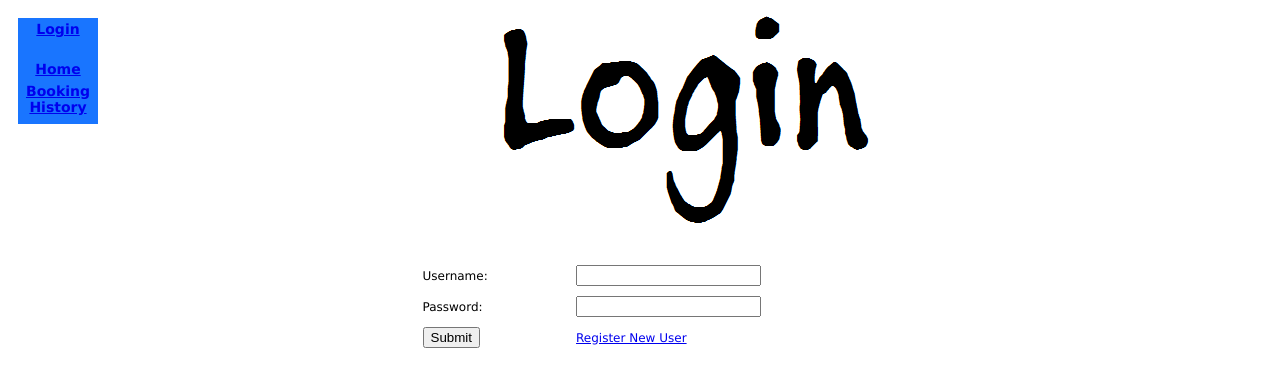
Repository: jliu9000/CSE-464---Flight-Pages
Page: http://localhost/HW1/Login.jsp
The author's editor kept a copy of each file at every save. The page is drawn from the files as they stood at one save, then again after the next save.
The browser window is 1280 px wide. The pictures show the whole page.
Some web libraries are served in a nearby version. The page is served by Tomcat 9. Other server files are loaded and not shown.

Above is the page before, as saved 2014-09-25 02:19:21.

### HW1/WebContent/Login.jsp
<%@ page language="java" contentType="text/html; charset=ISO-8859-1"
    pageEncoding="ISO-8859-1"%>
<!DOCTYPE html PUBLIC "-//W3C//DTD HTML 4.01 Transitional//EN" "http://www.w3.org/TR/html4/loose.dtd">
<html>
<head>
<script src="http://ajax.googleapis.com/ajax/libs/jquery/1.11.1/jquery.min.js"></script>
<link rel="stylesheet" type="text/css" href="./CSS/Styles.css">
<title>Internet Systems Homework1</title>
</head>
<body>

	<div id='sidebar' class='sidebar'>
	    <script>
            $("#sidebar").load("sidebar.html");
        </script>
	</div>

 	<form action="Login">
		<table class="center">
			<tr>
				<td colspan="2">
					<img src="./Images/Login.png" alt="Login Page">
				</td>
			</tr>
			<tr>
				<td align="right" >Username:</td>
				<td><input type="text" id="inputUserName" name="Username"></td>
			</tr>
			<tr>
				<td align="right">Password:</td>
				<td><input type="password" id="inputPassword" name="Password"></td>
			</tr>
			<tr>
				<td align="right"><input type="submit" name="btnSubmitButton" value="Submit"/></td>
				<td align="left"><a href="./Registration.jsp">Register New User</a>
			</tr>

		</table>
	</form>
</body>



</html>

### HW1/WebContent/CSS/Styles.css
@CHARSET "ISO-8859-1";


table.center{
	margin-left:auto;
    margin-right:auto;
}
.TableHeader{
	font-weight:bold;
	color: Green;
	font-size:16pt;
}
.GlobalHeader{
	color:White;
	vertical-align: bottom;
	background-color:blue;
	height:50px;
	width:850px;
	margin-left: auto;
    margin-right: auto;
}
.HeaderDiv{
	height:100%;
}

### HW1/WebContent/sidebar.html
<!DOCTYPE html PUBLIC "-//W3C//DTD HTML 4.01 Transitional//EN" "http://www.w3.org/TR/html4/loose.dtd">
<html>
<head>
<meta http-equiv="Content-Type" content="text/html; charset=ISO-8859-1">
<link rel="stylesheet" type="text/css" href="CSS/FlightStyles.css">



</head>
<body>



		<ul class="sidebar">
			<li><a href="Login.jsp">Login</a></li>
			<li> </li>
			<li> </li>
			<li> </li>
			<li><a href="FlightSearch.jsp">Home</a></li>
			<li><a href="BookingHistory.jsp">Booking History</a></li>
			<li></li>
		</ul>


</body>
</html>

### HW1/WebContent/CSS/FlightStyles.css
@CHARSET "ISO-8859-1";

body {
	font-family: "Verdana";
	font-size:12px;

}

div.sidebar {
	color:white;
	border-style:none;
	float:left;
	text-align:center;
	width: 110px;
}
div.main {
	float: left;
}

ul {
	font-size:14px;
	list-style-type: none;
	margin: 5px;
    padding: 5px;
	width: 80px;
	height: 25px;
	float: center;
	text-align: center;
}

a.sidebar {
	font-weight:bold;
	color:white;
	display: block;
}

a:visited {
	font-weight:bold;
    color:white;
}


a:hover {
	font-weight:bold;
    color:red;
}

li {
	background-color:#1975FF;
	font-weight:bold;
	padding:3px;
}

p {
    font-size: 12px;

}

p.PageTitle {
    font-size: 20px;
    color: #1975FF;
    font-weight: bold;
}

p.subheading {

	font-size: 16px;
	color: #5858DA;
}

p.message {
	color: red;
	text-align: center;
}

table {


}

th {
    background-color: #1975FF;
    color: white;
    padding: 4px;
    padding-left: 8px;
	padding-right: 8px;

}

tr {
}

tr.repeatalt {

	padding: 2px;
	padding-left: 5px;
	padding-right: 5px;
	background-color: #E6E6E6;

}

tr.repeat {
	padding: 2px;
	padding-left: 5px;
	padding-right: 5px;

}

td.button{
	text-align: center;
}

td{
	text-align: left;
	padding: 4px;

}

td.key{
	font-weight: bold;
}




#login {
    font-size:12px;
}

After the next save:
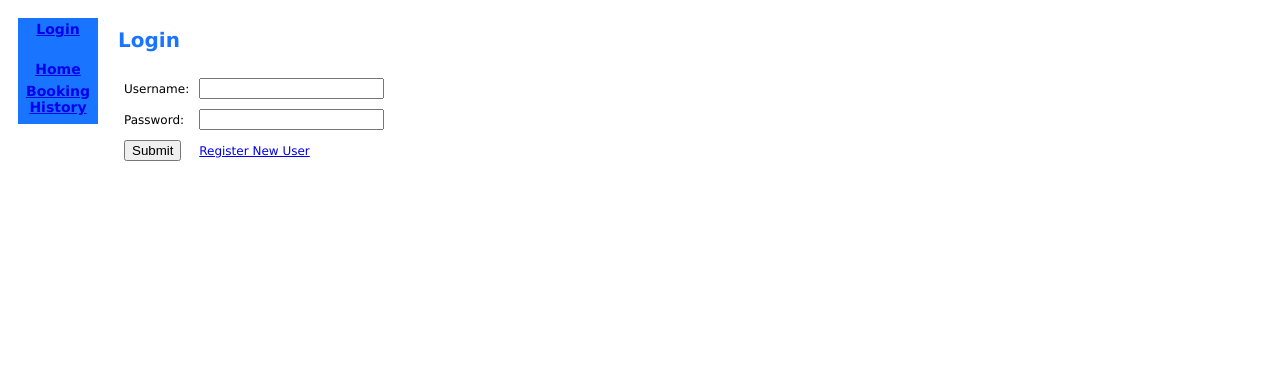
Saved 21 h 13 min later.
--- a/HW1/WebContent/Login.jsp
+++ b/HW1/WebContent/Login.jsp
@@ -4,7 +4,7 @@
 <html>
 <head>
 <script src="http://ajax.googleapis.com/ajax/libs/jquery/1.11.1/jquery.min.js"></script>
-<link rel="stylesheet" type="text/css" href="./CSS/Styles.css">
+<link rel="stylesheet" type="text/css" href="./CSS/FlightStyles.css">
 <title>Internet Systems Homework1</title>
 </head>
 <body>
@@ -14,29 +14,29 @@
             $("#sidebar").load("sidebar.html");
         </script>
 	</div>
+	<div class='main'>
+		<p class='PageTitle'>Login</p>
 
- 	<form action="Login">
-		<table class="center">
-			<tr>
-				<td colspan="2">
-					<img src="./Images/Login.png" alt="Login Page">
-				</td>
-			</tr>
-			<tr>
-				<td align="right" >Username:</td>
-				<td><input type="text" id="inputUserName" name="Username"></td>
-			</tr>
-			<tr>
-				<td align="right">Password:</td>
-				<td><input type="password" id="inputPassword" name="Password"></td>
-			</tr>
-			<tr>
-				<td align="right"><input type="submit" name="btnSubmitButton" value="Submit"/></td>
-				<td align="left"><a href="./Registration.jsp">Register New User</a>
-			</tr>
+	 	<form action="Login">
+			<table class="center">
 
-		</table>
-	</form>
+				<tr>
+					<td align="right" >Username:</td>
+					<td><input type="text" id="inputUserName" name="Username"></td>
+				</tr>
+				<tr>
+					<td align="right">Password:</td>
+					<td><input type="password" id="inputPassword" name="Password"></td>
+				</tr>
+				<tr>
+					<td align="right"><input type="submit" name="btnSubmitButton" value="Submit"/></td>
+					<td align="left"><a href="./Registration.jsp">Register New User</a>
+				</tr>
+
+			</table>
+		</form>
+
+	</div>
 </body>
 
 
